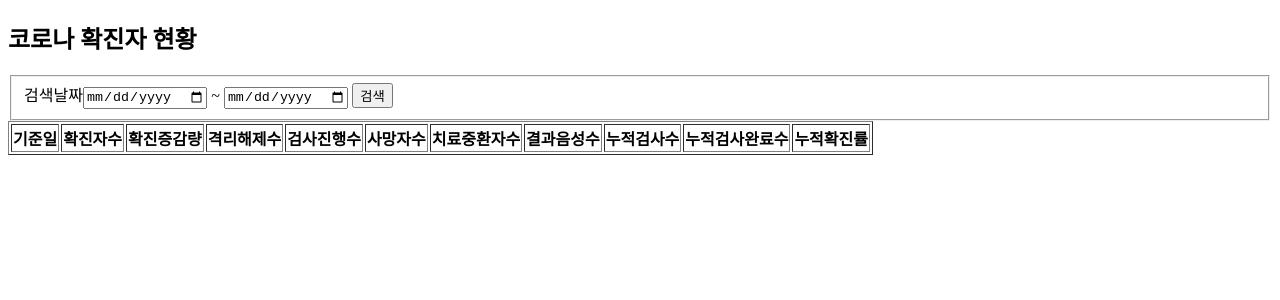
Repository: Sewoong-Lee/jsp
Page: http://localhost/jsp05_api/view/01_xml_covid.jsp
The author's editor kept a copy of each file at every save. The page is drawn from the files as they stood at one save, then again after the next save.
The browser window is 1280 px wide. The pictures show the whole page.
The page is served by Tomcat 9.

Above is the page before, as saved 2021-06-24 07:54:42.

After the next save:
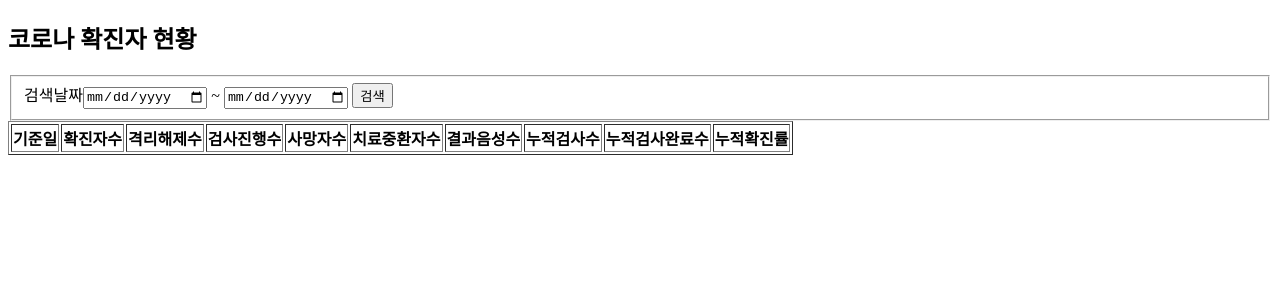
Saved 2 min 24 s later.
--- a/source/jsp05_api/WebContent/view/01_xml_covid.jsp
+++ b/source/jsp05_api/WebContent/view/01_xml_covid.jsp
@@ -21,7 +21,7 @@
 			<tr>
 				<th>기준일</th>
 				<th>확진자수</th>
-				<th>확진증감량</th>
+				<!-- <th>확진증감량</th> -->
 				<th>격리해제수</th>
 				<th>검사진행수</th>
 				<th>사망자수</th>
@@ -35,7 +35,7 @@
 			<tr>
 				<td>${covidlist.stateDt}</td>
 				<td>${covidlist.decideCnt}</td>
-				<td>${covidlist.diffcnt}</td>
+				<%-- <td>${covidlist.diffcnt}</td> --%>
 				<td>${covidlist.clearCnt}</td>
 				<td>${covidlist.examCnt}</td>
 				<td>${covidlist.deathCnt}</td>
